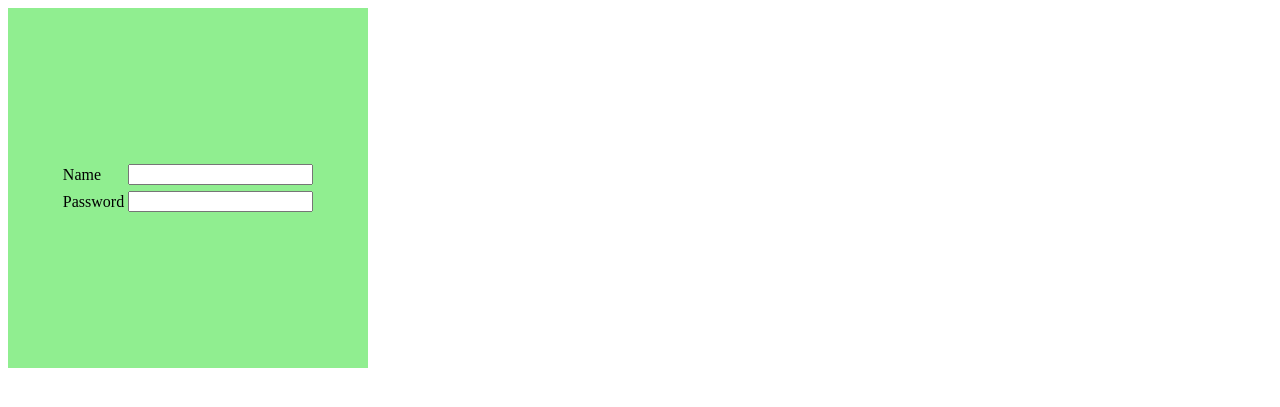
Repository: yash1sh/Java
Page: Bootcmp/Servlet_Demo/src/main/webapp/index.html
These files come from the project's save history. The page is drawn as it stood at one moment and after the next save; the edit follows.
The browser window is 1280 px wide. The pictures show the whole page.

Above is the page before, as saved 2022-05-14 09:41:47.

After the next save:
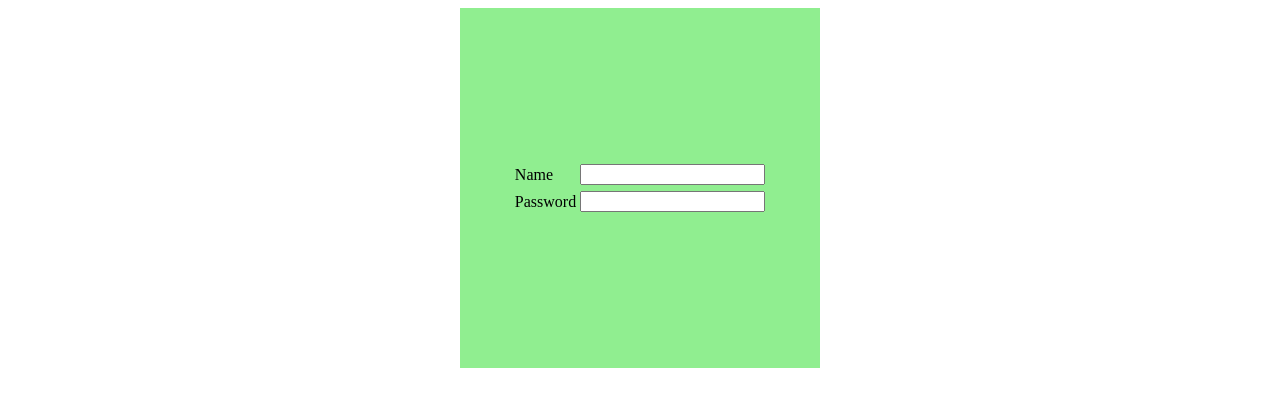
Saved 30 s later.
--- a/Bootcmp/Servlet_Demo/src/main/webapp/index.html
+++ b/Bootcmp/Servlet_Demo/src/main/webapp/index.html
@@ -6,7 +6,7 @@
 <link rel="stylesheet" type="text/css" href="./indexcss.css">
 </head>
 <body>
-	<section class="form" >
+	<center>	<section class="form" >
 		<article>
 			<form action="">
 				<table>
@@ -20,7 +20,7 @@
 				</table>
 			</form>
 		</article>
-	</section>
+	</section></center>
 
 
 

After the save that followed:
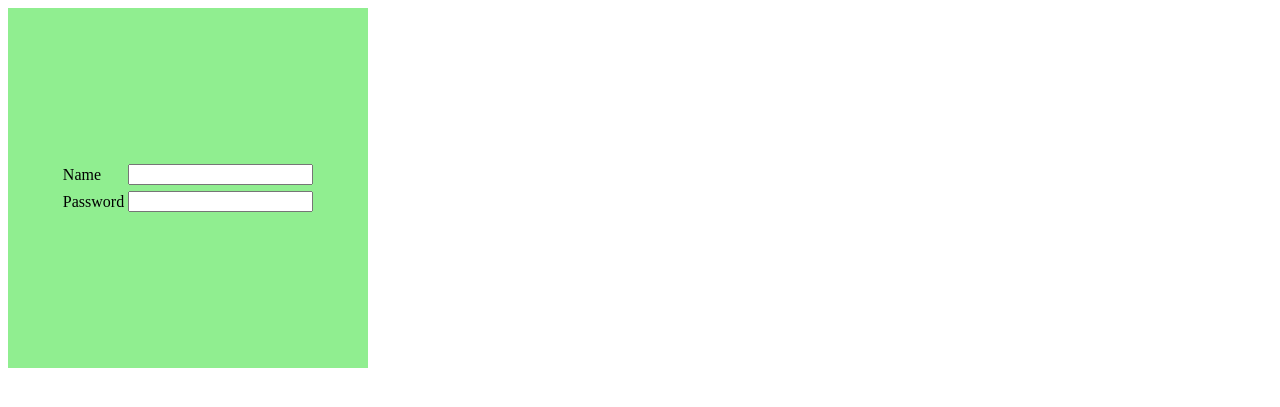
Saved 35 s later.
--- a/Bootcmp/Servlet_Demo/src/main/webapp/index.html
+++ b/Bootcmp/Servlet_Demo/src/main/webapp/index.html
@@ -6,7 +6,8 @@
 <link rel="stylesheet" type="text/css" href="./indexcss.css">
 </head>
 <body>
-	<center>	<section class="form" >
+
+	<section class="form" >
 		<article>
 			<form action="">
 				<table>
@@ -20,7 +21,8 @@
 				</table>
 			</form>
 		</article>
-	</section></center>
+		</section>
+
 
 
 
